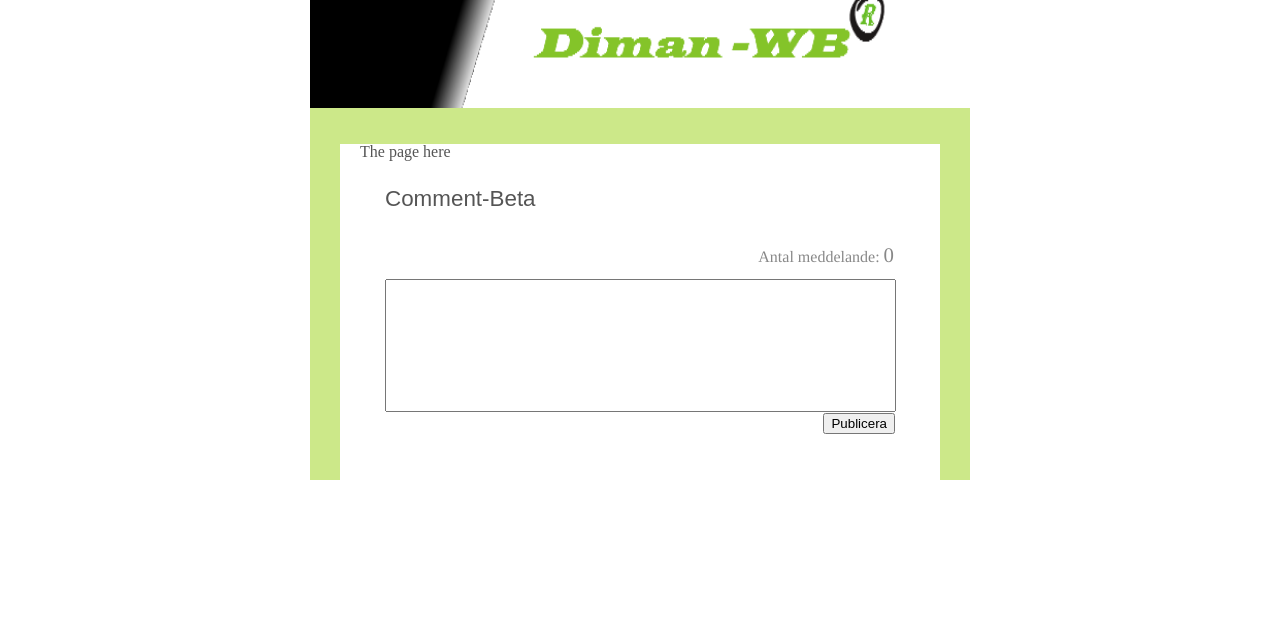
Repository: dn222em/1dv403-laborationer
Page: 2-labbymezzage/index.html
The author's editor kept a record of every edit. The page is drawn from the files as they stood at one moment, then again after the next edit.
The browser window is 1280 px wide. The pictures show the whole page.

Above is the page before.

After the next edit:
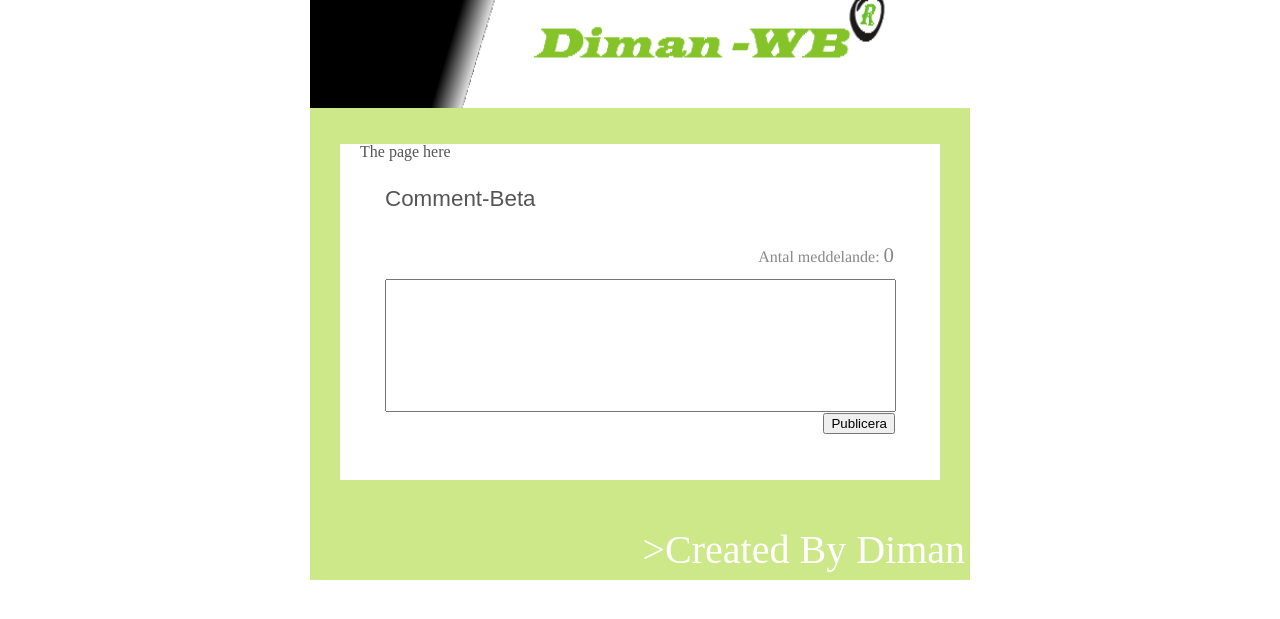
The edit:
--- a/2-labbymezzage/index.html
+++ b/2-labbymezzage/index.html
@@ -34,8 +34,8 @@
                  <input id="publish-button" type="button" name="submit" value="Publicera" />
              </div>
          </div>
-
     </main>
+            <footer id="footer"><p>>Created By Diman</p></footer>
     </div>
 </body>
 
